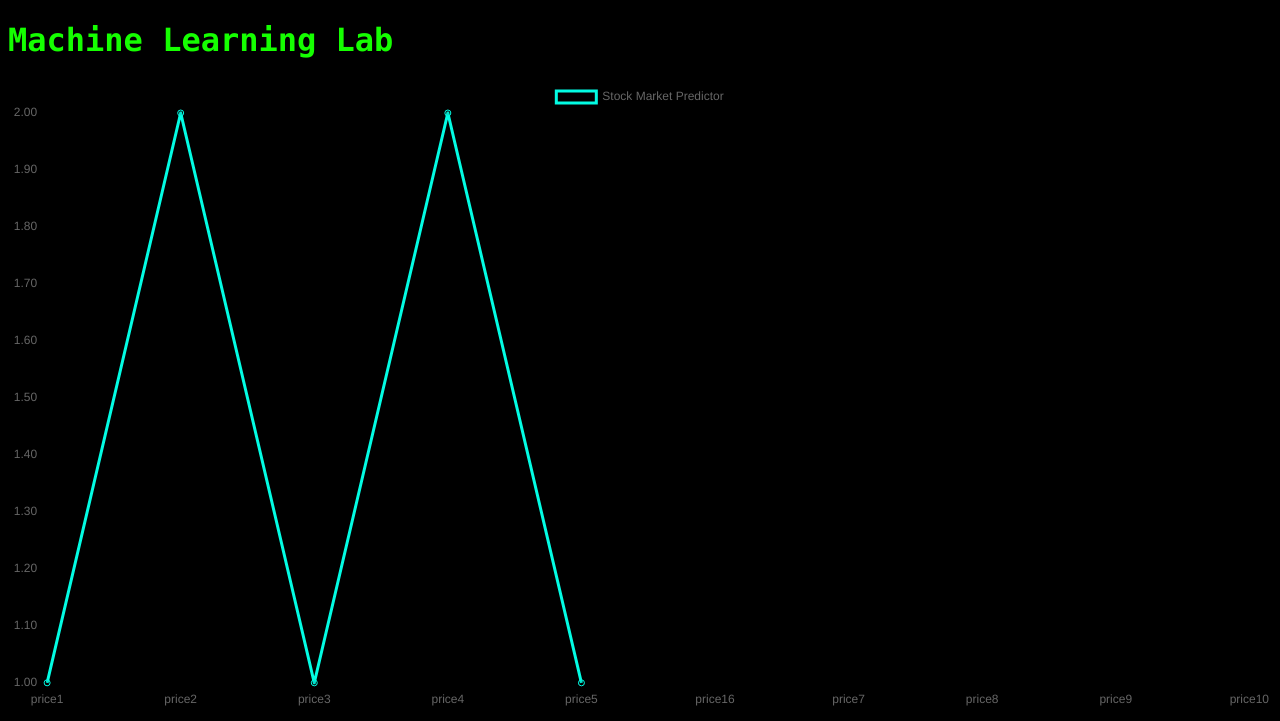
Repository: blackout41/machineLearning
Page: goldIndex.html
The author's editor kept a record of every edit. The page is drawn from the files as they stood at one moment, then again after the next edit.
The browser window is 1280 px wide. The pictures show the whole page.
Some web libraries are served in a nearby version.

Above is the page before.

### goldIndex.html
<!DOCTYPE html>
<html>
<head>
    <meta charset="utf-8" />
    <meta http-equiv="x-UA-Compatible" content="IE=edge">
    <title>Machine Learning Lab</title>
    <meta name="viewport" content="width=device-width, inital-scale=1">
    <link rel="stylesheet" href="./style.css">
</head>
<body>

        <h1>Machine Learning Lab</h1>

        <div id="statement"></div>
        <div id="analysing" ></div>
        <div id="trump" ></div>
        <div id="kardashian" ></div>
         <div id="answer" ></div>
        <div id="stock-value1"> </div>
        <div>
            <canvas id="myChart" width: "100px" height:"100px"></canvas>
        </div>


        <script src="https://cdn.jsdelivr.net/npm/chart.js@2.8.0"></script>
        <script type="text/javascript" src="brain.js"></script>
        <!--<script type="text/javascript" src="training-data.js"></script>-->
        <script type="text/javascript" src="goldIndex.js"></script>


</body>

</html>


<script>


</script>

### style.css

body {
    font: normal 16px Consolas,monaco,monospace;
    background-color: black;
    color: #15ff00;
}

h1, h2, h3 {
    font-size: 32px;
}

### goldIndex.js
//const brain = require('brain.js');

const net = new brain.recurrent.LSTMTimeStep({
    inputSize: 1,
    hiddenLayers: [10],
    outputSize: 1
});

//Same test as previous, but combined on a single set
const trainingData = [
    [
        15,
        15,
        16,
        14,
        13,
        12,
    ]
];

net.train(trainingData, );

let result = net.run([12]);
let forecastData = net.forecast([12], 10)
console.log(result);

console.log(forecastData);
let labelData = ["price1", "price2", "price3", "price4", "price5","price16", "price7", "price8", "price9","price10"]
var stockNextVal = parseFloat(document.getElementById("stock-value1").innerHTML);
var ctx = document.getElementById('myChart').getContext('2d');
var chart = new Chart(ctx, {
    // The type of chart we want to create
    type: 'line',

    // The data for our dataset
    data: {
        labels: labelData,
        datasets: [{
            label: 'Stock Market Predictor',
            //backgroundColor: 'rgb(255, 99, 132)',
            borderColor: '#03fce3',
            data: [1, 2, 1, 2, 1, stockNextVal],
            lineTension: 0
        }]
    },

    // Configuration options go here
    options: {
        bezierCurve: false
    }
});

Loaded but not shown: brain.js (library)

After the next edit:
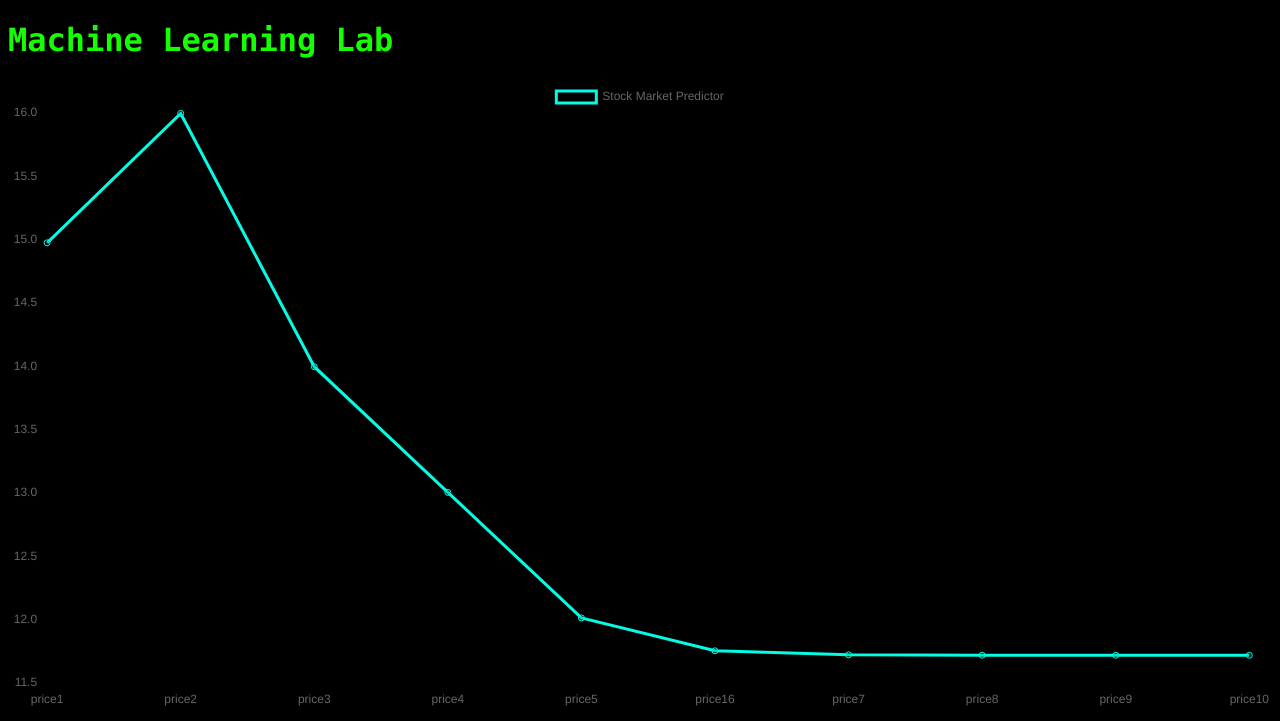
The edit:
--- a/goldIndex.js
+++ b/goldIndex.js
@@ -39,7 +39,7 @@
             label: 'Stock Market Predictor',
             //backgroundColor: 'rgb(255, 99, 132)',
             borderColor: '#03fce3',
-            data: [1, 2, 1, 2, 1, stockNextVal],
+            data: forecastData,
             lineTension: 0
         }]
     },
